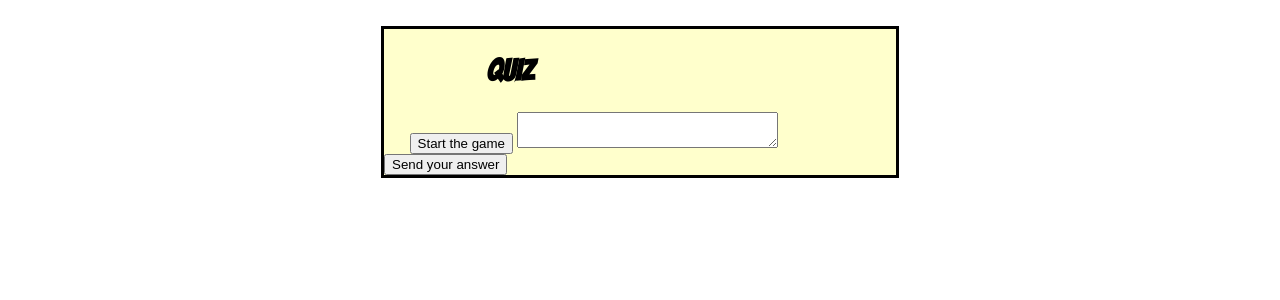
Repository: jb223cp/1dv403-laborationer
Page: 4-thequiz/index.html
The author's editor kept a record of every edit. The page is drawn from the files as they stood at one moment, then again after the next edit.
The browser window is 1280 px wide. The pictures show the whole page.

Above is the page before.

After the next edit:
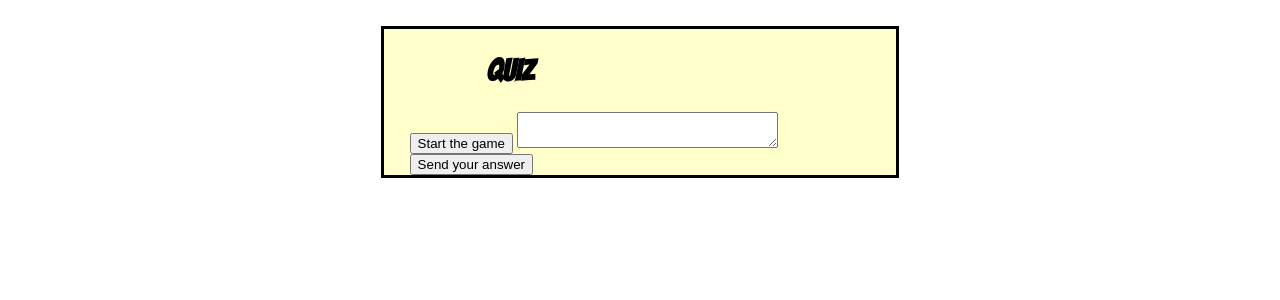
The edit:
--- a/4-thequiz/index.html
+++ b/4-thequiz/index.html
@@ -17,7 +17,7 @@
 
             <input  type="button" class="button" value="Start the game" id="start"></input>
             <textarea cols="30" rows="2" maxlength="250" name="Answer" id="answer"></textarea>
-            <input  type="button" value="Send your answer" id="send"></input>
+            <input  type="button" class="button" value="Send your answer" id="send"></input>
         </section>
     </body>
 </html>
